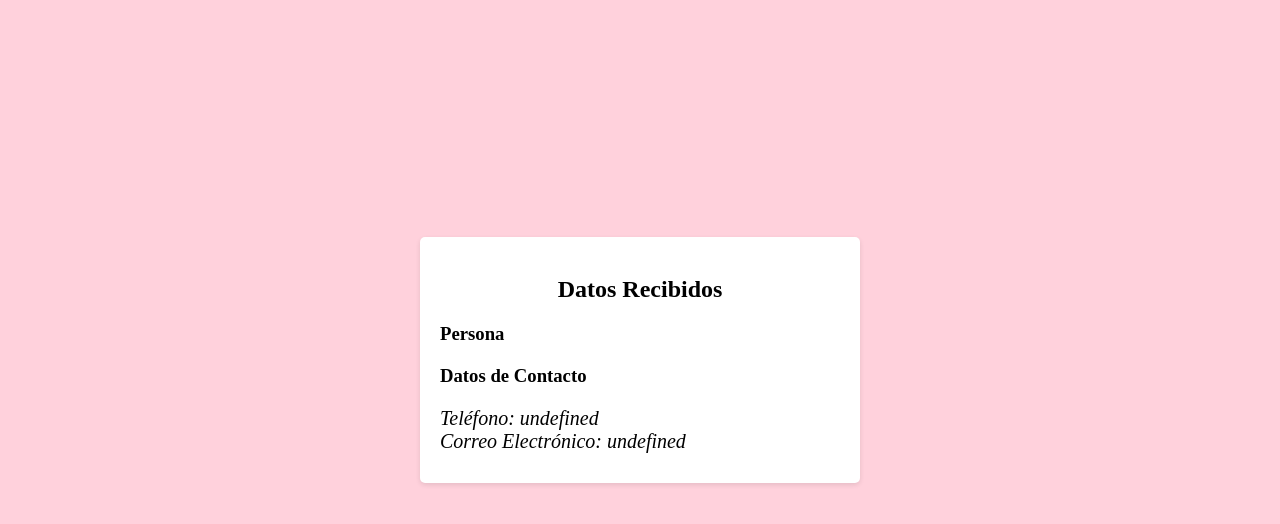
Repository: UVMCoyoacan/InnovaWeb
Page: recibedatosCV.html
The author's editor kept a copy of each file at every save. The page is drawn from the files as they stood at one save, then again after the next save.
The browser window is 1280 px wide. The pictures show the whole page.

Above is the page before, as saved 2024-03-01 11:46:18.

After the next save:
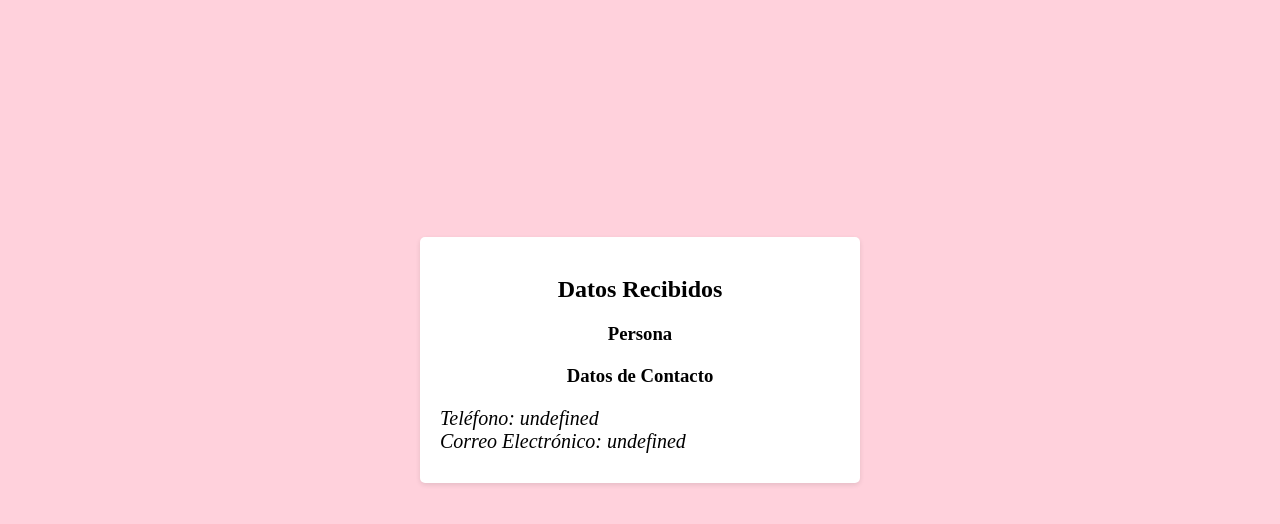
Saved 42 s later.
--- a/recibedatosCV.html
+++ b/recibedatosCV.html
@@ -20,7 +20,7 @@
             border-radius: 5px;
             box-shadow: 0 2px 5px rgba(0, 0, 0, 0.1);
         }
-        h2 {
+        h2, h3 {
             margin-bottom: 20px;
             text-align: center;
         }
